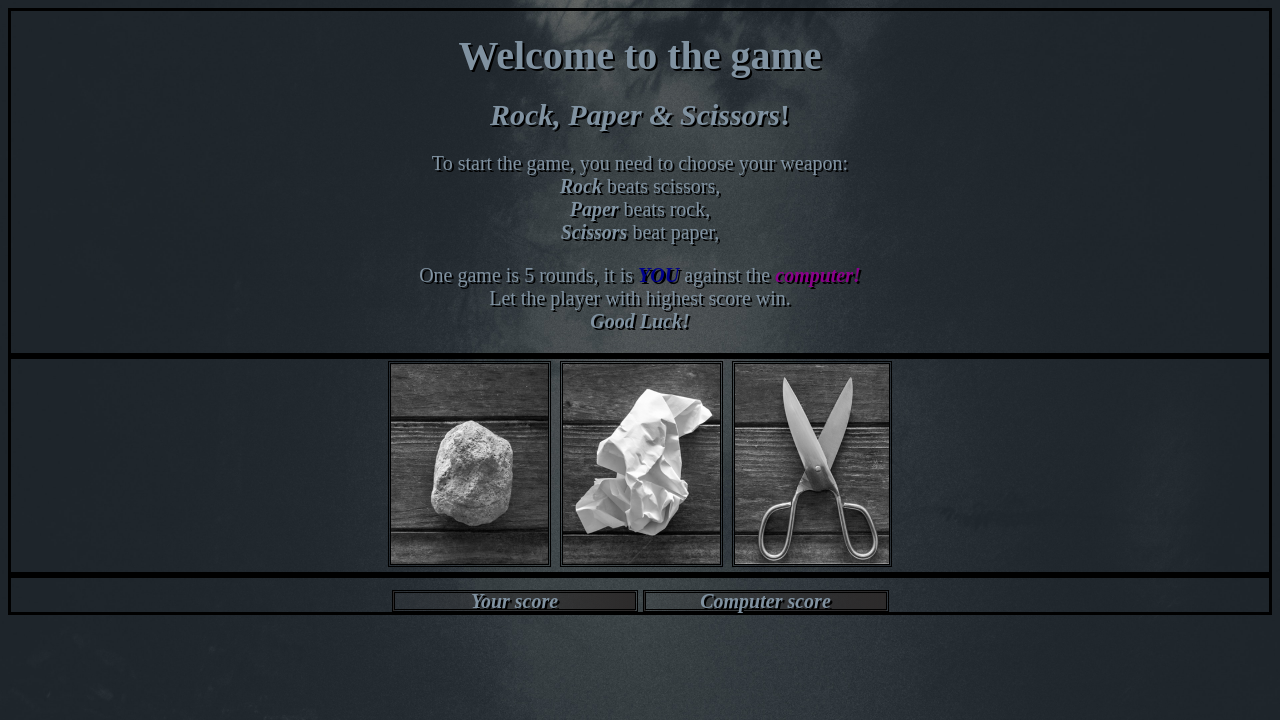
Repository: agneta1991/rock-paper-scissors
Page: Desktop/coding/index2.html
An editor plug-in stored every save of this project. The page is shown before and after the next save, followed by the edit.
The browser window is 1280 px wide. The pictures show the whole page.

Above is the page before, as saved 2023-03-06 08:57:59.

After the next save:
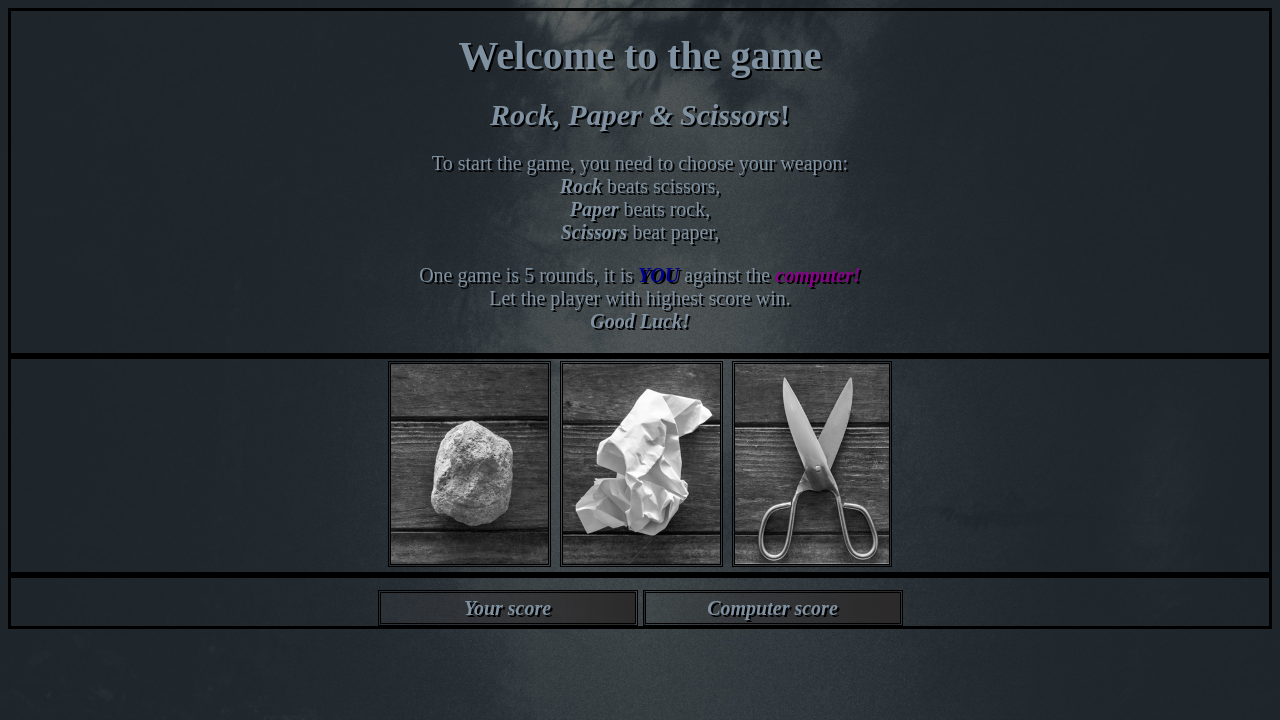
Saved 26 s later.
--- a/Desktop/coding/styles.css
+++ b/Desktop/coding/styles.css
@@ -58,6 +58,7 @@ img:hover {
 }
 
 .playerScore, .computerScore {
+    padding: 7px;
     display: inline;
     border-color: black;
     line-height: 80%;
